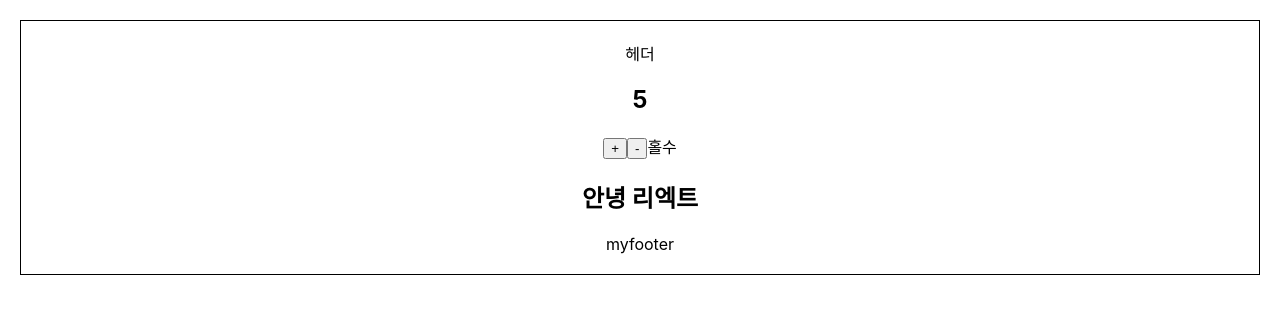
Repository: jins4731/daily-note
Page: / (app in React/reactexam1/)
These files come from the project's save history. The page is drawn as it stood at one moment and after the next save; the edit follows.
The browser window is 1280 px wide. The pictures show the whole page.
The project was rebuilt for these pictures with package versions that can differ from the ones it lists, and the page was loaded fresh each time.

Above is the page before, as saved 2023-04-06 20:15:17.

### React/reactexam1/src/App.js
import './App.css';

import MyHeader from './MyHeader'
import MyFooter from './MyFooter';
import Counter from './Counter';
import Container from './Container';
function App() {
  return (
    <Container>
      <div className="App">
        <MyHeader/>
        <Counter a={1} initialValue={5}/>
        <h2>안녕 리엑트</h2>
        <MyFooter/>
      </div>
    </Container>
  );
}

export default App;

### React/reactexam1/src/MyHeader.js
const MyHeader = () => {
    return <header>헤더</header>;
};

export default MyHeader;

### React/reactexam1/src/MyFooter.js
const MyFooter = () => {
    return <footer>myfooter</footer>;
}

export default MyFooter;

### React/reactexam1/src/Counter.js
import React, {useState} from 'react';
import OddEvenResult from './OddEvenResult';

const Counter = (props) => {
    console.log(props);
    const [count, setCount] = useState(props.initialValue);

    const onIncrease = () => {
        setCount(count+1);
    }

    const onDecrease = () => {
        setCount(count-1);
    }
    return (
        <div>
            <h2>{count}</h2>
            <button onClick={onIncrease}>+</button>
            <button onClick={onDecrease}>-</button>
            <OddEvenResult count={count}/>
        </div>
    )
}

export default Counter;

### React/reactexam1/src/Container.js


const Container = ({children}) => {
    return (
        <div style={{margin:20, padding:20, border:'1px solid black'}}>
            {children}
        </div>
    );
}

export default Container;

### React/reactexam1/src/OddEvenResult.js
const OddEvenResult = ({count}) => {
    console.log(count);
    return <>{
        count%2 == 0 ? "짝수" : "홀수"
    }</>;
}

export default OddEvenResult;

Loaded but not shown: React/reactexam1/public/index.html (common file); React/reactexam1/src/index.js (common file); React/reactexam1/src/index.css (common file); React/reactexam1/src/App.css (common file)

After the next save:
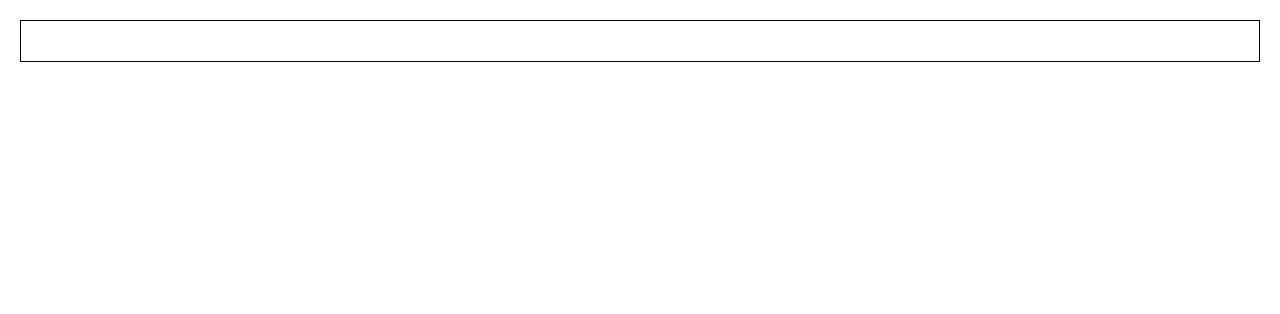
Saved 117 s later.
--- a/React/reactexam1/src/Container.js
+++ b/React/reactexam1/src/Container.js
@@ -3,7 +3,7 @@
 const Container = ({children}) => {
     return (
         <div style={{margin:20, padding:20, border:'1px solid black'}}>
-            {children}
+
         </div>
     );
 }

After the save that followed:
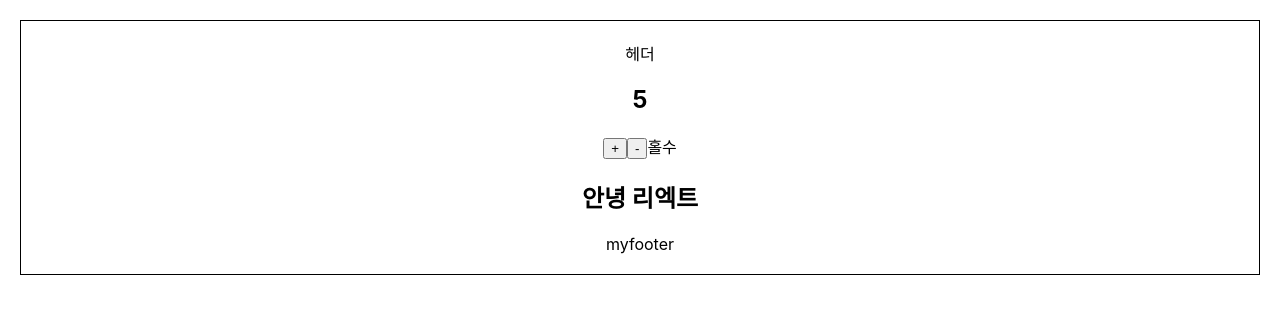
Saved 26 s later.
--- a/React/reactexam1/src/Container.js
+++ b/React/reactexam1/src/Container.js
@@ -3,7 +3,7 @@
 const Container = ({children}) => {
     return (
         <div style={{margin:20, padding:20, border:'1px solid black'}}>
-
+            {children}
         </div>
     );
 }
